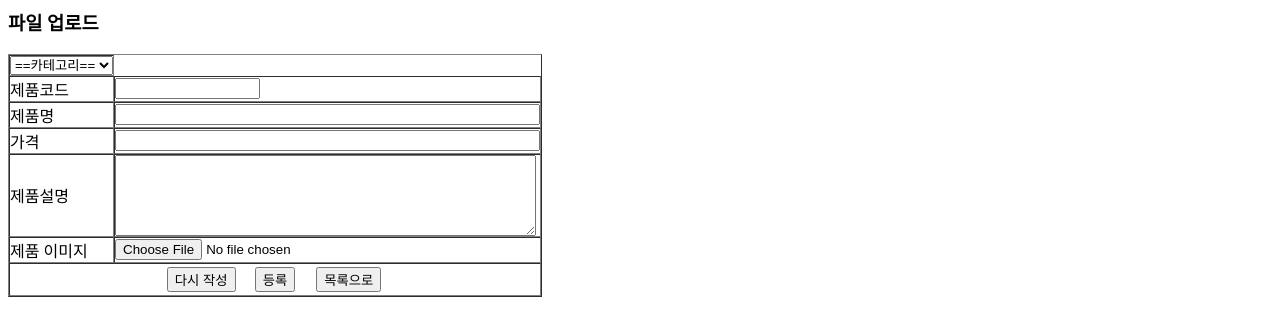
Repository: sjeong12/Photos
Page: http://localhost/LSJ_PHOTO/admin/addProduct.jsp
The author's editor kept a copy of each file at every save. The page is drawn from the files as they stood at one save, then again after the next save.
The browser window is 1280 px wide. The pictures show the whole page.
The page is served by Tomcat 9. Other server files are loaded and not shown.

Above is the page before, as saved 2016-12-06 15:40:52.

### LSJ_PHOTO/WebContent/admin/addProduct.jsp
<%@ page language="java" contentType="text/html; charset=utf-8" %>
<!DOCTYPE HTML PUBLIC "-//W3C//DTD HTML 4.0 Transitional//EN">
<HTML>
 <HEAD>
  <TITLE>파일 업로드</TITLE>
 </HEAD>

<script language=javascript>
function valid_check()
{
	if (document.frm_file.category.value == "")
	{
		alert("카테고리를 선택하세요");
		document.frm_file.title.focus();
		return false;
	}

	if (document.frm_file.code.value == "")
	{
		alert("제품코드를 입력바랍니다");
		document.frm_file.title.focus();
		return false;
	}

	if (document.frm_file.name.value == "")
	{
		alert("제품명을 입력바랍니다");
		document.frm_file.title.focus();
		return false;
	}

	if (document.frm_file.price.value == "")
	{
		alert("가격을 입력바랍니다");
		document.frm_file.contents.focus();
		return false;
	}

	if (document.frm_file.image.value == "")
	{
		alert("제품이미지를 첨부바랍니다");
		document.frm_file.title.focus();
		return false;
	}

	document.frm_file.submit();
}

function submit_list()
{
	document.frm_file.action = "/LSJ_PHOTO/home.jsp";
	document.frm_file.submit();
}

 </script>
<h3>파일 업로드</h3>
<BODY>
<FORM NAME = "frm_file" ACTION = "addProduct_ok.jsp" METHOD = "post" ENCTYPE="multipart/form-data">
<TABLE WIDTH = "500" BORDER = "1" CellPadding = "0" CellSpacing = "0">
	<TR>
        <TD WIDTH = "60%" ALIGN = "left">
        <SELECT NAME="category">
         <OPTION VALUE="">==카테고리==</OPTION>
         <OPTION VALUE="1">앨범</OPTION>
         <OPTION VALUE="2">액자</OPTION>
        <OPTION VALUE="3">디자인 소품</OPTION>
        </SELECT>
       </TD>
    </TR>
	<TR>
		<TD WIDTH = "40%" ALIGN = "left">제품코드</TD>
		<TD WIDTH = "60%" ALIGN = "left">
			<INPUT TYPE = "text" SIZE = "15" MAXLENGTH = "10" NAME = "code">
		</TD>
	</TR>
	<TR>
		<TD WIDTH = "40%" ALIGN = "left">제품명</TD>
		<TD WIDTH = "60%" ALIGN = "left">
			<INPUT TYPE ="text" NAME="name" SIZE = "50" MAXLENGTH = "50">
		</TD>
	</TR>
	<TR>
		<TD WIDTH = "40%" ALIGN = "left">가격</TD>
		<TD WIDTH = "60%" ALIGN = "left">
			<INPUT TYPE ="text" NAME="name" SIZE = "50" MAXLENGTH = "50">
		</TD>
	</TR>
	<TR>
		<TD WIDTH = "40%" ALIGN = "left">제품설명</TD>
		<TD WIDTH = "60%" ALIGN = "left">
			<TEXTAREA NAME="text" ROWS=5 COLS=50></TEXTAREA>
		</TD>
	</TR>
	<TR>
		<TD WIDTH = "40%" ALIGN = "left">제품 이미지</TD>
		<TD WIDTH = "60%" ALIGN = "left">
			<INPUT TYPE ="file" NAME="image" >
		</TD>
	</TR>
	<TR>
		<TD WIDTH = "100%" ALIGN = "center" COLSPAN = "2">
		<TABLE>
			<TR>
				<TD WIDTH = "33%" ALIGN = "center">
					<INPUT TYPE = "reset" VALUE = "다시 작성">
				</TD>
				<TD WIDTH = "34%" ALIGN = "center">
					<INPUT TYPE = "button" VALUE = "등록" onClick="valid_check()">
				</TD>
				<TD WIDTH = "33%" ALIGN = "center">
					<INPUT TYPE = "button" VALUE = "목록으로" onClick = "submit_list()">
				</TD>
			</TR>
		</TABLE>
		</TD>
	</TR>
</TABLE>
</FORM>
</BODY>
</HTML>

After the next save:
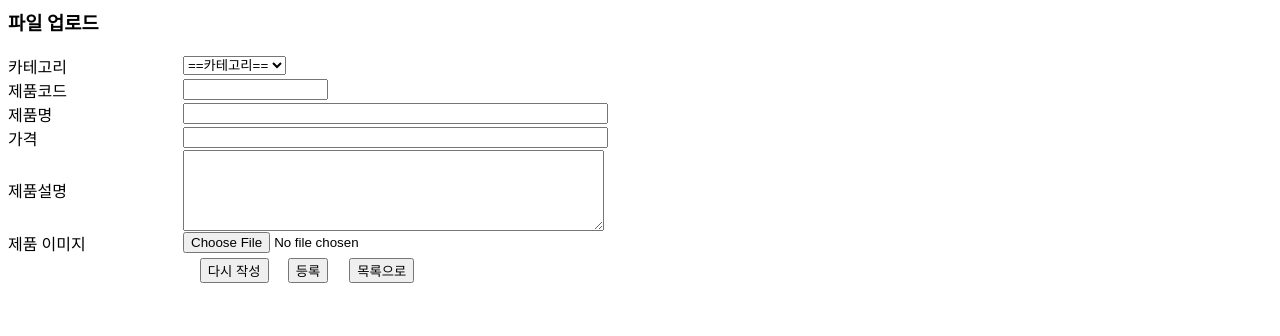
Saved 39 s later.
--- a/LSJ_PHOTO/WebContent/admin/addProduct.jsp
+++ b/LSJ_PHOTO/WebContent/admin/addProduct.jsp
@@ -56,8 +56,8 @@ function submit_list()
 <h3>파일 업로드</h3>
 <BODY>
 <FORM NAME = "frm_file" ACTION = "addProduct_ok.jsp" METHOD = "post" ENCTYPE="multipart/form-data">
-<TABLE WIDTH = "500" BORDER = "1" CellPadding = "0" CellSpacing = "0">
-	<TR>
+<TABLE WIDTH = "600" BORDER = "0" CellPadding = "0" CellSpacing = "0">
+	<TR><TD WIDTH = "40%" ALIGN = "left">카테고리</TD>
         <TD WIDTH = "60%" ALIGN = "left">
         <SELECT NAME="category">
          <OPTION VALUE="">==카테고리==</OPTION>
